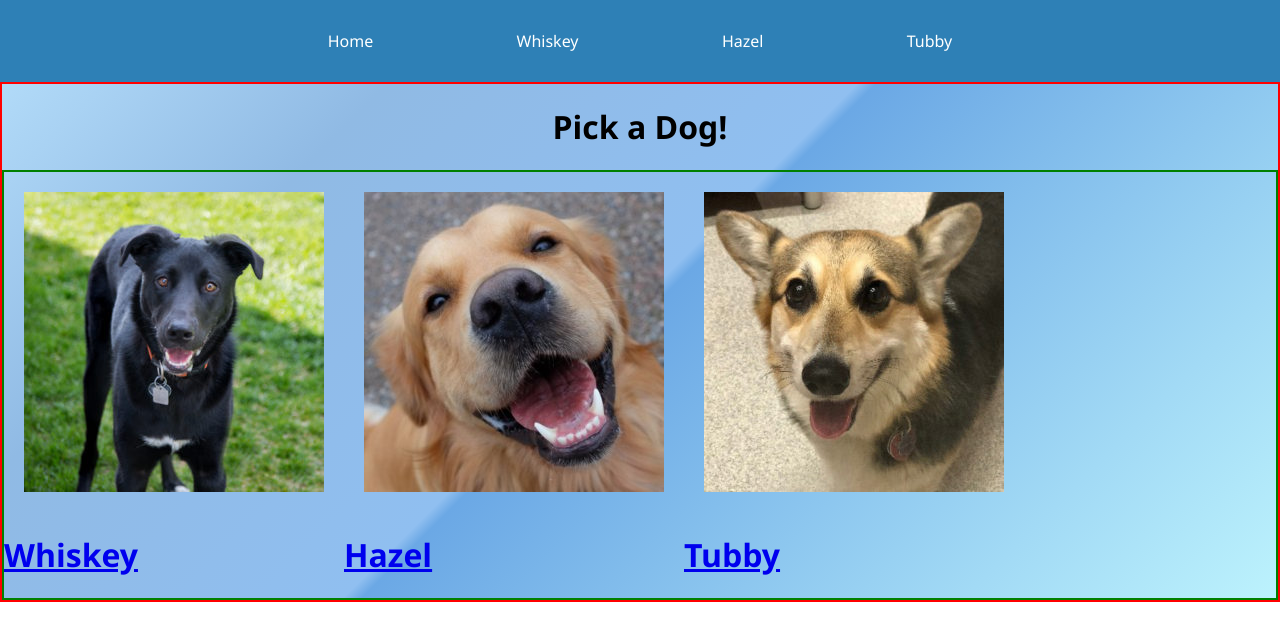
Repository: johnmutina/dog-finder
Page: /dogs
An editor plug-in stored every save of this project. The page is shown before and after the next save, followed by the edit.
The browser window is 1280 px wide. The pictures show the whole page.
The project was rebuilt for these pictures with package versions that can differ from the ones it lists, and the page was loaded fresh each time. Also part of the build but not shown: src/Dog.js.

Above is the page before, as saved 2019-07-28 15:15:33.

### src/App.js
import React, { Component } from "react";
import { Switch, Route, NavLink, Redirect } from "react-router-dom";
import DogFinder from "./DogFinder";
import Dog from "./Dog";
import "./App.css";

// Import all images in image folder
function importAll(r) {
  let images = {};
  r.keys().map((item, index) => {
    images[item.replace("./", "")] = r(item);
  });
  return images;
}

const images = importAll(
  require.context("./assets", false, /\.(gif|jpe?g|svg)$/)
);

class App extends Component {
  static defaultProps = {
    dogs: [
      {
        name: "Whiskey",
        age: 5,
        src: images["whiskey.jpg"],
        facts: [
          "Whiskey loves eating popcorn.",
          "Whiskey is a terrible guard dog.",
          "Whiskey wants to cuddle with you!"
        ]
      },
      {
        name: "Hazel",
        age: 3,
        src: images["hazel.jpg"],
        facts: [
          "Hazel has soooo much energy!",
          "Hazel is highly intelligent.",
          "Hazel loves people more than dogs."
        ]
      },
      {
        name: "Tubby",
        age: 4,
        src: images["tubby.jpg"],
        facts: [
          "Tubby is not the brightest dog",
          "Tubby does not like walks or exercise.",
          "Tubby loves eating food."
        ]
      }
    ]
  };

  render() {
    return (
      <div className="App">
        {/* NAVBAR */}
        <div className="App-navbar">
          <NavLink to="/dogs" activeClassName="App-active-navlink">
            Home
          </NavLink>
          {this.props.dogs.map(dog => (
            <NavLink
              key={dog.name}
              to={`/dogs/${dog.name}`}
              activeClassName="App-active-navlink"
            >
              {dog.name}
            </NavLink>
          ))}
        </div>

        {/* ROUTES SETUP */}

        <Switch>
          <Route
            exact
            path="/dogs"
            render={routeProps => (
              <DogFinder dogs={this.props.dogs} {...routeProps} />
            )}
          />
          <Route
            exact
            path="/dogs/:name"
            render={routeProps => (
              <Dog
                {...this.props.dogs.filter(
                  dog => dog.name == routeProps.match.params.name
                )[0]}
                {...routeProps}
              />
            )}
          />
          <Route render={() => <Redirect to="/dogs" />} />
        </Switch>
      </div>
    );
  }
}

export default App;

### src/DogFinder.js
import React, { Component } from "react";
import { Link } from "react-router-dom";
import "./DogFinder.css";

class DogFinder extends Component {
  render() {
    return (
      <div className="DogFinder">
        <h1>Pick a Dog!</h1>
        <div className="DogFinder-box">
          {this.props.dogs.map(dog => (
            <Link to={`/dogs/${dog.name}`}>
              <div className="DogFinder-dog-container">
                <img src={dog.src} alt={dog.name} />
                <h1>{dog.name}</h1>
              </div>
            </Link>
          ))}
        </div>
      </div>
    );
  }
}

export default DogFinder;

### src/App.css
* {
  font-family: "Segoe UI", Tahoma, Geneva, Verdana, sans-serif;
}

.App {
  height: 100%;
  text-align: center;
  background: #b8e1fc; /* Old browsers */
  background: -moz-linear-gradient(
    -45deg,
    #b8e1fc 0%,
    #a9d2f3 10%,
    #90bae4 25%,
    #90bcea 37%,
    #90bff0 50%,
    #6ba8e5 51%,
    #a2daf5 83%,
    #bdf3fd 100%
  ); /* FF3.6-15 */
  background: -webkit-linear-gradient(
    -45deg,
    #b8e1fc 0%,
    #a9d2f3 10%,
    #90bae4 25%,
    #90bcea 37%,
    #90bff0 50%,
    #6ba8e5 51%,
    #a2daf5 83%,
    #bdf3fd 100%
  ); /* Chrome10-25,Safari5.1-6 */
  background: linear-gradient(
    135deg,
    #b8e1fc 0%,
    #a9d2f3 10%,
    #90bae4 25%,
    #90bcea 37%,
    #90bff0 50%,
    #6ba8e5 51%,
    #a2daf5 83%,
    #bdf3fd 100%
  ); /* W3C, IE10+, FF16+, Chrome26+, Opera12+, Safari7+ */
  filter: progid:DXImageTransform.Microsoft.gradient( startColorstr='#b8e1fc', endColorstr='#bdf3fd',GradientType=1 ); /* IE6-9 fallback on horizontal gradient */
}
.App-navbar {
  display: flex;
  background-color: #2e80b6;
  justify-content: space-around;
  padding: 30px 20%;
}

.App-navbar > * {
  color: white;
  text-decoration: none;
  text-transform: capitalize;
}

.App-navbar > *:hover {
  text-decoration: underline;
  font-weight: bolder;
}

### src/DogFinder.css
.DogFinder {
  border: 2px solid red;
}

.DogFinder-box {
  display: flex;
  flex-flow: row wrap;
  border: 2px solid green;
}

.DogFinder-dog-container {
  display: flex;
  flex-flow: column nowrap;
  justify-content: center;
  align-content: center;
  width: 20%;
}

.DogFinder-dog-container img {
  padding: 20px;
  width: 300px;
  height: auto;
}

Loaded but not shown: public/index.html (common file); src/index.js (common file); src/index.css (common file); src/serviceWorker.js (common file)

After the next save:
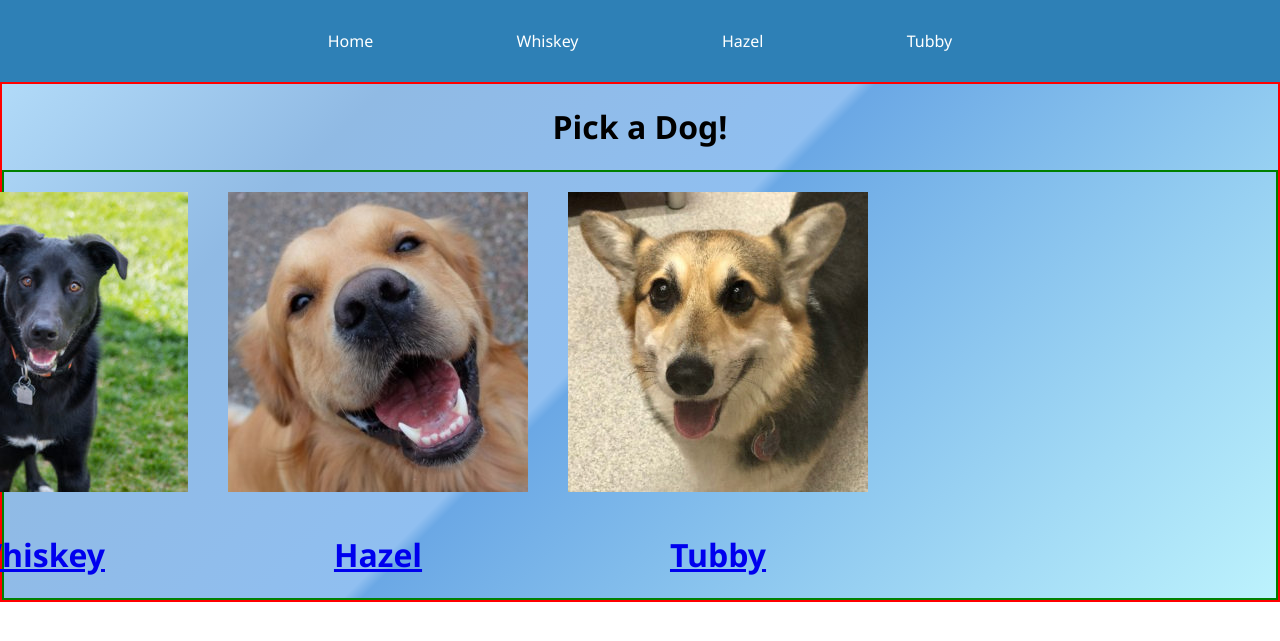
Saved 4 s later.
--- a/src/DogFinder.css
+++ b/src/DogFinder.css
@@ -12,7 +12,7 @@
   display: flex;
   flex-flow: column nowrap;
   justify-content: center;
-  align-content: center;
+  align-items: center;
   width: 20%;
 }
 

After the 5 saves that followed:
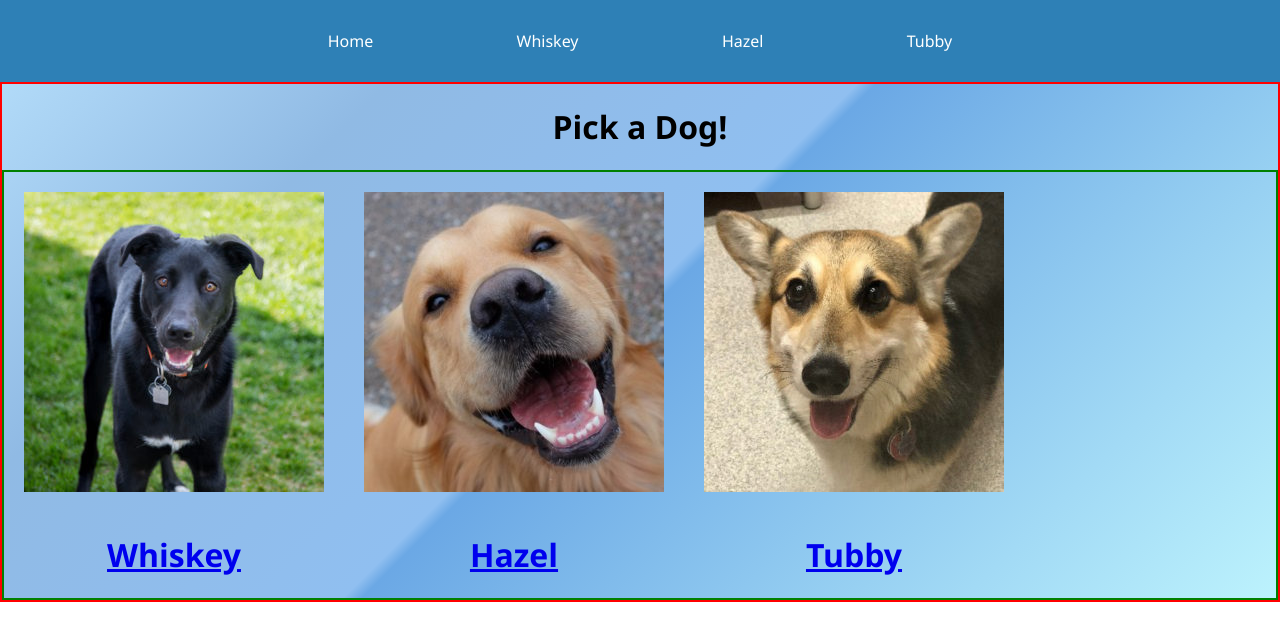
The 5 saves are shown as one change because 1 left the picture as it was and some came seconds apart.
The last was saved 22 s later.
--- a/src/DogFinder.css
+++ b/src/DogFinder.css
@@ -13,7 +13,7 @@
   flex-flow: column nowrap;
   justify-content: center;
   align-items: center;
-  width: 20%;
+  /* width: 20%; */
 }
 
 .DogFinder-dog-container img {
